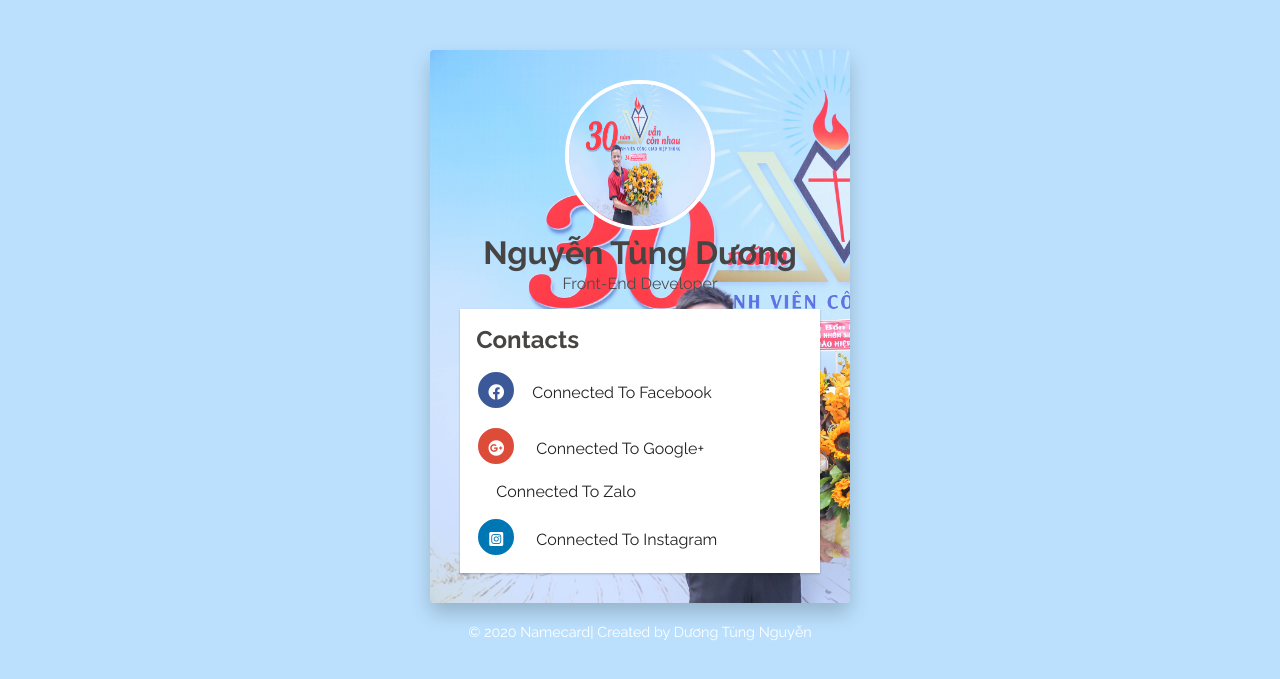
Repository: DuongTungNguyen0899/Card_Duong.github.io
Page: index.html
The author's editor kept a copy of each file at every save. The page is drawn from the files as they stood at one save, then again after the next save.
The browser window is 1280 px wide. The pictures show the whole page.

Above is the page before, as saved 2021-06-27 17:31:14.

### index.html
<!DOCTYPE HTML>
<html>
<head>
<title>Shaded Profile Widget Flat Responsive Widget Template :: w3layouts</title>
<!-- Custom Theme files -->
<link href="css/style.css" rel="stylesheet" type="text/css" media="all"/>
<!-- for-mobile-apps -->
<meta http-equiv="Content-Type" content="text/html; charset=utf-8" />
<meta name="viewport" content="width=device-width, initial-scale=1, maximum-scale=1">
<meta http-equiv="Content-Type" content="text/html; charset=utf-8" />
<!-- //for-mobile-apps -->
<!-- font-awesome icons -->
<link href="css/fontawesome-free-5.15.3-web/css/fontawesome.css" rel="stylesheet">
<link rel="stylesheet" href="css/fontawesome-free-5.15.3-web/css/all.min.css">
<!-- //font-awesome icons -->
<!--Google Fonts-->
<link href="https://fonts.googleapis.com/css2?family=Raleway:wght@400;500;600;700&display=swap" rel="stylesheet">
</head>
<body>
<!--profile start here-->

<div class="profile">
	<div class="wrap">
		<div class="profile-main">
			<div class="profile-pic wthree">
				<img src="img/IMG_7157.JPG" alt="">
				<h2>Nguyễn Tùng Dương</h2>
				<p>Front-End Developer</p>
			</div>
			<!-- <div class="w3-message">
				<h5>About Me</h5>
				<p>Chào bạn ! Chúng mình là ADC Studio.Liên hệ cho chúng mình nhé ^_^</p>
			</div> -->
			<div class="w3ls-touch">
				<h5>Contacts</h5>
				<div class="social">
					<ul>
						<li><a href="https://www.facebook.com/DuongTung.td/"> <i class="fab fa-facebook" aria-hidden="true"></i><p>Connected To Facebook</p></a></li>
						<!-- <li><a href="#"><i class="fa fa-twitter" aria-hidden="true"></i> <p>Connected To Twitter</p></a></li> -->
						<!-- <li><a href="#"><i class="fa fa-linkedin" aria-hidden="true"></i> <p>Connected To Linkedin</p></a></li> -->
                        <li><a href="#"><i class="fab fa-google-plus" aria-hidden="true"></i> <p>Connected To Google+</p></a></li>
                        <li><a href="#"><i class="fab fa-zalo" aria-hidden="true"></i> <p>Connected To Zalo</p></a></li>
                        <li><a href="https://www.instagram.com/aaachuuchaa/"><i class="fab fa-instagram-square"></i> <p>Connected To Instagram</p></a></li>
					</ul>
				</div>
			</div>
		</div>
		<div class="wthree_footer_copy">
			<p>© 2020 Namecard| Created by <a href="#">Dương Tùng Nguyễn</a></p>
		</div>
	</div>
</div>
<!--profile end here-->

</body>
</html>

### css/style.css
*,
*::before,
*::after {
	margin: 0;
	padding: 0;
	box-sizing: border-box;
}

html {

}


ul{list-style:none;}
a {text-decoration: none;}
img {
	width:150px;
	height:150px;
}
/*end reset*/
body{
	padding: 30px;
    background: #bbe0fd;
    background-size: cover;
   font-family: 'Raleway', sans-serif;
}
.wrap {
    width: 80%;
    margin: 0 auto;
}
/*--profile start here--*/
.heading-1 {
	font-size: 35px;
	font-weight: 400;
	letter-spacing: 1.2;
}
h1 {
    font-size: 3em;
    color: #fff;
    text-align: center;
}
.profile-main {
    background: url(./img/IMG_7157.JPG) no-repeat 0px 0px;
	background-size:cover;
    width: 45%;
    margin: 20px auto;
    padding: 30px;
    border-radius: 4px;
    box-shadow: 0 10px 20px rgba(0,0,0,.2);
}
.profile-pic {
    margin: 0 0 1em 0;
    text-align: center;
}
.profile-pic img {
    border:4px solid #fff;
    border-radius: 82px;
	    transition: 0.5s all;
    -webkit-transition: 0.5s all;
    -moz-transition: 0.5s all;
    -o-transition: 0.5s all;
}
.profile-pic h2 {
    font-size: 2em;
    color: #474544;
    margin-bottom: 0.1em;
}
.profile-pic p {
    font-size: 1em;
    color:#4E4E4E;
}
.wthree_tab_grid_sub {
    margin: 1em 0 0 0;
}
.wthree_tab_grid_sub_left {
	float: left;
    width: 26.2%;
    padding: .5em;
    text-align: center;
    background: #d3aefe;
}
.wthree_tab_grid_sub_left h5 {
    font-size: 1.5em !important;
    color: #fff !important;
    font-weight: 700;
}
.wthree_tab_grid_sub_left p {
	color: #fff !important;
    font-size: .9em !important;
    margin: 0 !important;
}
.wthree_tab_grid_sub_left:nth-child(2) {
    margin: 0 1em;
}
.w3-message,.w3ls-touch{
    padding: 1em;
    box-shadow: 0 0px 1px rgba(197, 197, 197, 0.19),0 1px 2px rgba(0, 0, 0, 0.24);
    background: #fff;
}
.w3-message h5,.w3ls-touch h5{
	color:#474544;
	font-size:1.5em;
	margin:0;
}
.w3-message p{
	color:#c5b7b7;
	font-size:16px;
	margin:1em 0 0 0;
	line-height:1.8em;
}
.w3ls-touch{
	margin:1em 0 0 0;
}
.social {
	margin: 1em 0 0 0;
}
.social ul{
	padding:0;
	margin:0;
}
.social ul li{
    display: block;
	margin:1em 0 0 0;
}
.social ul li:nth-child(1){
	margin:0;
}
.social ul li a {
	color: #333;
    text-align: center;
}
.social ul li a i.fab.fa-facebook,.social ul li a i.fab.fa-twitter,.social ul li a i.fab.fa-instagram-square,.social ul li a i.fab.fa-google-plus{
    height: 40px;
    width: 40px;
    background: none;
    line-height: 40px;
    border: solid 2px #FFF;
    color: #FFF;
    border-radius: 50%;
    -webkit-border-radius: 50%;
    -moz-border-radius: 50%;
    -o-border-radius: 50%;
    -ms-border-radius: 50%;
    transition: 0.5s all;
    -webkit-transition: 0.5s all;
    -moz-transition: 0.5s all;
    -o-transition: 0.5s all;
    -ms-transition: 0.5s all;
}
.social ul li a i.fab.fa-facebook {
	background: #3b5998;
}
.social ul li a i.fab.fa-twitter{
	background: #1da1f2;
}
.social ul li a i.fab.fa-instagram-square{
	background: #0077b5;
}
.social ul li a i.fab.fa-google-plus{
	background: #dd4b39;
}
.social ul li a i.fab.fa-facebook:hover {
	border: solid 2px #3b5998;
    color: #3b5998;
	background:none;
}
.social ul li a i.fab.fa-twitter:hover{
	border: solid 2px #1da1f2;
    color: #1da1f2;
	background:none;
}
.social ul li a i.fab.fa-instagram-square:hover{
	border: solid 2px #0077b5;
    color: #0077b5;
	background:none;
}
.social ul li a i.fab.fa-google-plus:hover{
	border: solid 2px #dd4b39;
    color: #dd4b39;
	background:none;
}
.social ul li a p{
    color: #212121;
    font-size: 16px;
    margin: 0 0 0 1em;
    font-weight: 400;
    display: inline-block;
}
.wthree_footer_copy{
	text-align:center;
}
.wthree_footer_copy p{
	color:#FFFFFF;
	font-size:.9em;
	margin:0;
}
.wthree_footer_copy p a{
	color:#FFFFFF;
	text-decoration:none;
}
.wthree_footer_copy p a:hover{
	color:#212121;
}
/*-- responsive --*/
@media(max-width:1440px){
	.wthree_tab_grid_sub_left {
		width: 25.2%;
	}
}
@media(max-width:1280px){
	.profile-main {
		width: 43%;
	}
}
@media(max-width:1080px){
	body {
		padding: 10px;
	}
	.wrap {
		width: 100%;
	}
	.profile-main {
		width: 100%;
	}
}

@media(max-width:600px){
	.profile-main {
		background: url(./img/IMG_7157.JPG) no-repeat -100px 0px;
		background-size: cover;
	}
	.social ul li a p {
		font-size: 13px;
	}
}


@media(max-width:320px){
	h1 {
		font-size: 1.5em;
	}
	.wthree_tab_grid_sub_left {
		width: 21.5%;
	}
	.wthree_tab_grid_sub_left p {
		font-size: .8em !important;
	}
	.profile-main {
		background: url(./img/IMG_7157.JPG) no-repeat -173px 0px;
		background-size: cover;
	}
}
/*-- //responsive --*/

.fa-facebook:before {
    content: "\f09a";
}

Loaded but not shown: css/fontawesome-free-5.15.3-web/css/fontawesome.css (library); css/fontawesome-free-5.15.3-web/css/all.min.css (library)

After the next save:
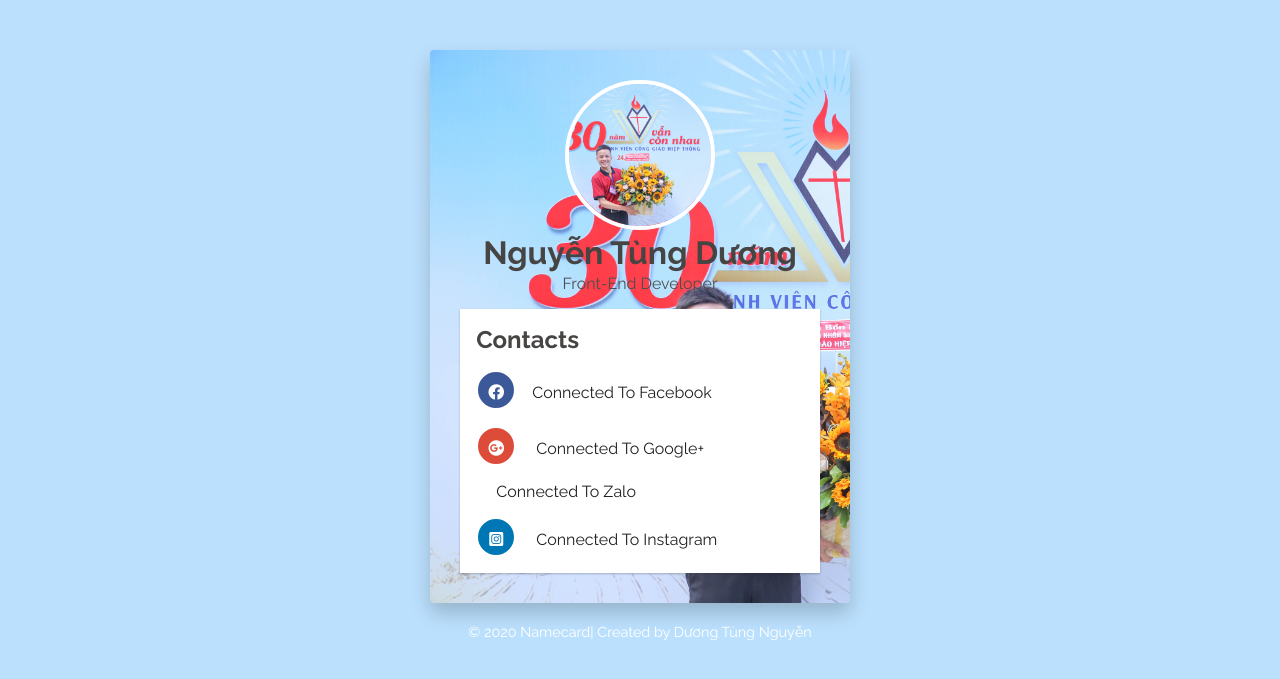
Saved 22 s later.
--- a/css/style.css
+++ b/css/style.css
@@ -54,7 +54,8 @@ h1 {
 }
 .profile-pic img {
     border:4px solid #fff;
-    border-radius: 82px;
+	border-radius: 82px;
+	object-fit: cover;
 	    transition: 0.5s all;
     -webkit-transition: 0.5s all;
     -moz-transition: 0.5s all;
